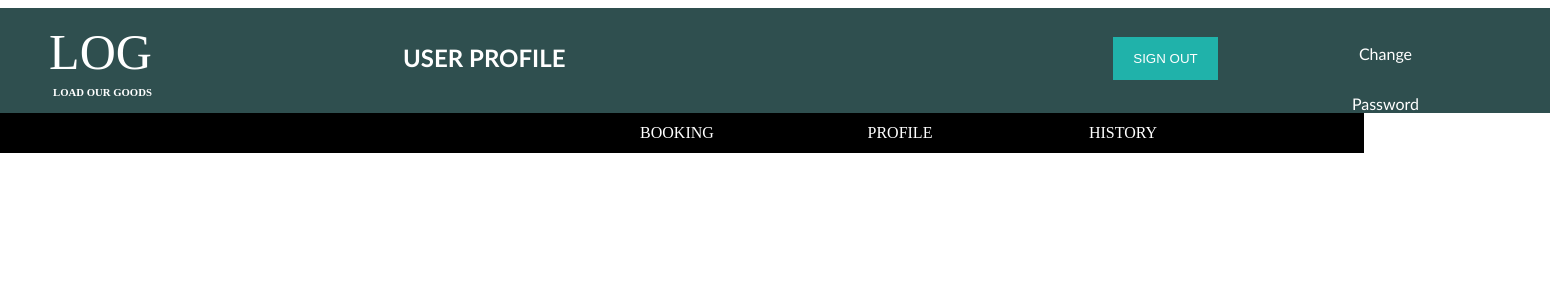
Repository: NAYAN9534/vehicle-booking-system
Page: http://localhost/minor/profile.jsp
The author's editor kept a copy of each file at every save. The page is drawn from the files as they stood at one save, then again after the next save.
The browser window is 1280 px wide. The page is 1550 px wide, so the pictures cover 1550 px, including what lies to the right of the window. The pictures show the whole page.
The page is served by Tomcat 9.

Above is the page before, as saved 2017-05-27 09:25:32.

After the next save:
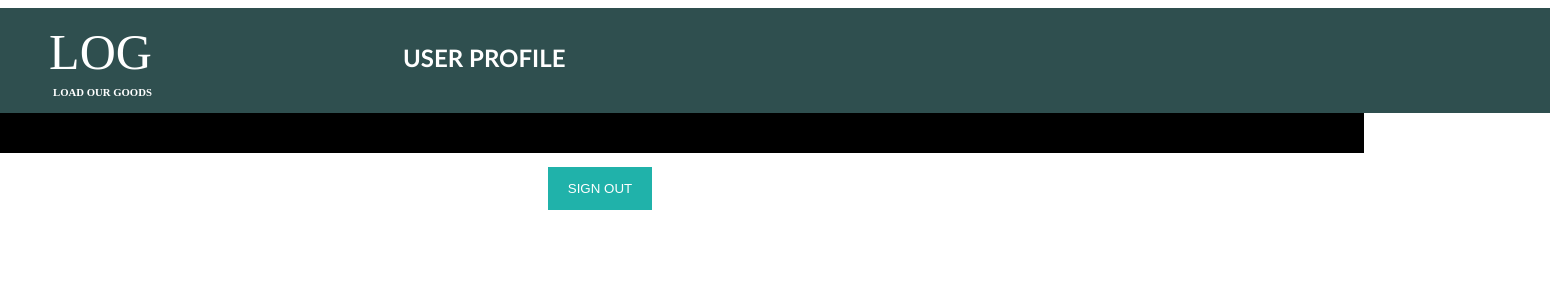
Saved 2 min 1 s later.
--- a/minor/WebContent/profile.jsp
+++ b/minor/WebContent/profile.jsp
@@ -79,7 +79,7 @@
      float:left;
      font-size:16px;
      width:120px;
-     margin-right:100px;
+     margin-right:200px;
      text-align:center;
      height:40px;
      line-height:50px;

After the 2 saves that followed:
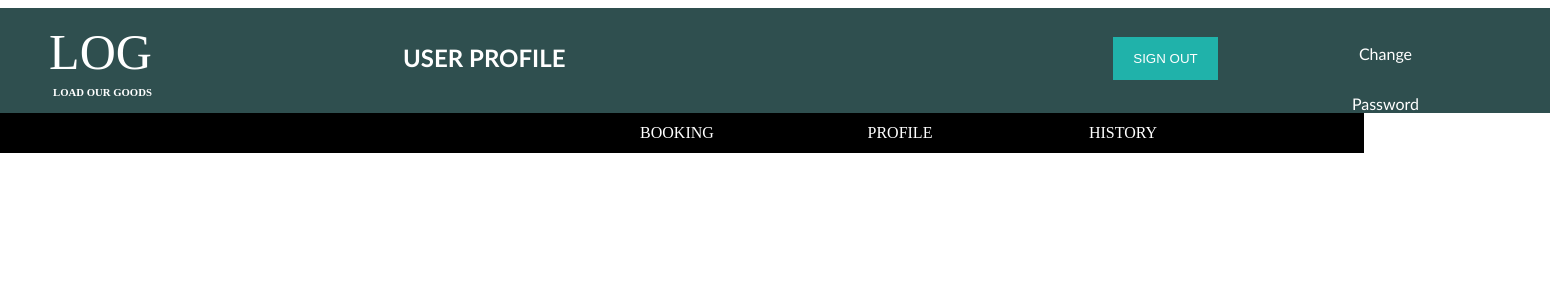
The 2 saves are shown as one change because 1 left the picture as it was.
The last was saved 43 s later.
--- a/minor/WebContent/profile.jsp
+++ b/minor/WebContent/profile.jsp
@@ -79,7 +79,7 @@
      float:left;
      font-size:16px;
      width:120px;
-     margin-right:200px;
+     margin-right:100px;
      text-align:center;
      height:40px;
      line-height:50px;
